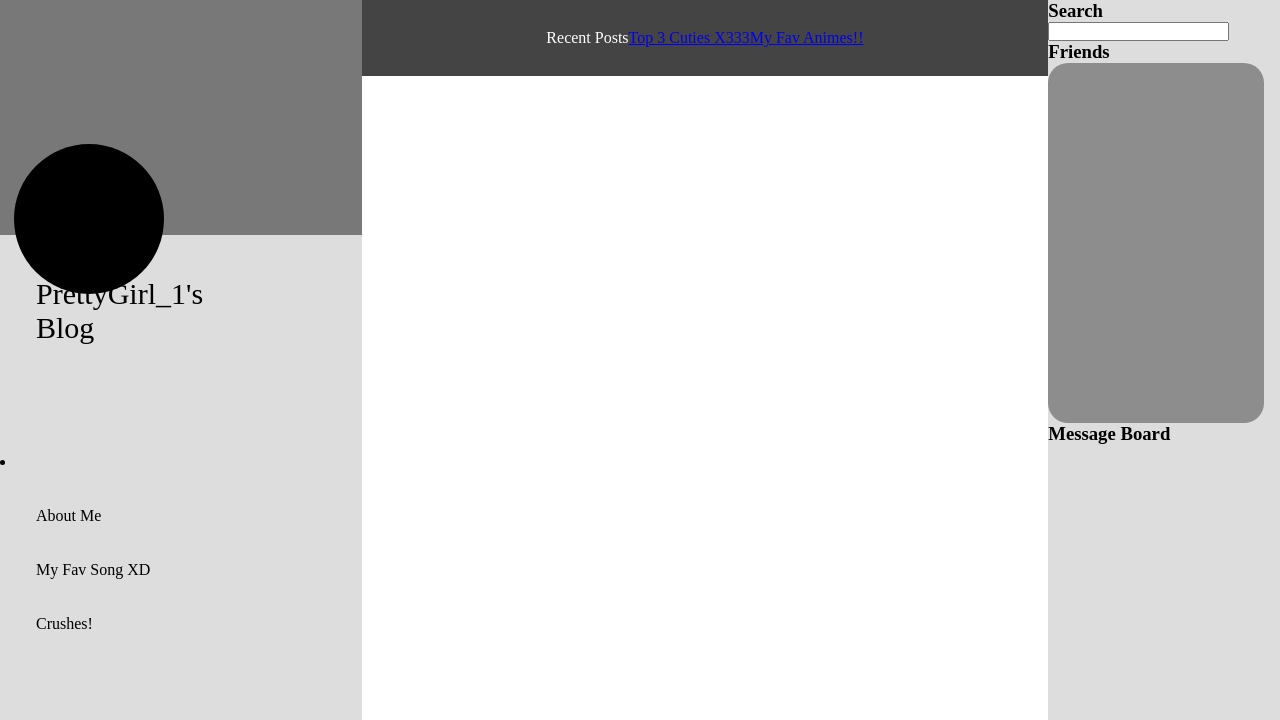
Repository: Jennica1/Frontend-Final
Page: index.html
An editor plug-in stored every save of this project. The page is shown before and after the next save, followed by the edit.
The browser window is 1280 px wide. The pictures show the whole page.

Above is the page before, as saved 2024-05-16 20:11:01.

### index.html
<!DOCTYPE html>
<html lang="en">

<head>
  <title>My Blog!!</title>
  <meta charset="UTF-8">
  <meta name="viewport" content="width=device-width, initial-scale=1">
  <link rel="stylesheet" href="style.css">
</head>

<body>
  <div class="content">

    <div class="flexbox">

      <div class="sidebar-wrapper">

        <!--Side Nav Left-->
        <div class="sidebar-left">
          <img src="images/Ellipse 1.svg" class="profile" width="150px" />
          <img src="images/Rectangle 2.svg" alt="background image" class="background-photo" />
          <p class="username">@ponyboy_lovr22</p>
          <p class="nickname">PrettyGirl_1's Blog</p>
          <li class="sidebar-list">
            <ul class="item">About Me</ul>
            <ul class="item">My Fav Song XD</ul>
            <ul class="item">Crushes!</ul>
          </li>
        </div>
      </div>
      <!-- recents -->
      <div class="">
      </div>

      <div class="main-content"> <!-- PUT ALL MAIN CONTENT BELOW THE HEADER -->
        <!-- Header -->
        <header class="header">
          <li class="content-list">
            <ul>Recent Posts</ul>
            <ul><a class="rating-link" href="topThree.html">Top 3 Cuties X333</a></ul>
            <ul><a class="anime-link" href="anime.html">My Fav Animes!!</a></ul>
          </li>
        </header>
      </div>

      <!-- Pagination
    <div class="">
      <div class="">
        <a href="#" class="">«</a>
        <a href="#" class="">1</a>
        <a href="#" class="">2</a>
        <a href="#" class="">3</a>
        <a href="#" class="">4</a>
        <a href="#" class="">»</a>
      </div>
    -->
      <!--Side Nav Right-->
      <div class="sidebar-right">
        <form>
          <h3>Search</h3>
          <input type="text">
        </form>
        <div class="friends-list">
          <h3>Friends</h3>
          <div class="friends-container">
            <div class="friend">

            </div>
          </div>
        </div>
        <div class="message-board">
          <h3>Message Board</h3>
          <div class="message-board-container">
            <div class="message">

            </div>
          </div>
        </div>
      </div>
    </div>


  </div>
  </div>
</body>

</html>

### style.css
* {
  margin: 0;
  padding: 0;
}

.content {
  display: flex;
  flex-direction: column;
}

.flexbox {
  display: flex;
  flex-direction: row;
  justify-content: space-between;
  gap: 0;
}

.sidebar-wrapper {
  display: flex;
  justify-content: center;
  height: 100vh;

}

.sidebar-left {
  position: relative;
  background-color: rgb(221, 221, 221);
  z-index: 0;
  padding-right: 9.1rem;
  width: 30vh;
}

.profile {
  z-index: 1;
  position: absolute;
  margin-top: 20vh;
  margin-left: 2vh;
}

.background-photo {
  position: absolute;
  top: 0;
  left: 0;
  width: 100%;

  object-fit: cover;

}

.background-container {
  width: 100%;
}

.username {
  margin-top: 30vh;
  margin-left: 20vh;
}

.nickname {
  font-size: 30px;
  margin-top: 6vh;
  margin-left: 5vh;
}

.sidebar-list {
  margin-top: 15vh;
}

.item {
  margin: 5vh;
}

.content-list {
  display: flex;
  margin: 4vh;
}


.sidebar-right {
  background-color: rgb(221, 221, 221);
  z-index: 0;
  width: 60vh;
}

.header {
  background-color: #444444;
  color: #ffffff;
  display: flex;
  justify-content: center;
}

.friends-list {
height: auto;
}

.friends-container {
  width: 30vh;
  height: 50vh;
  background-color: rgb(141, 141, 141);
  border-radius: 20px;
}
.main-content {
  width: 100%;
}

After the next save:
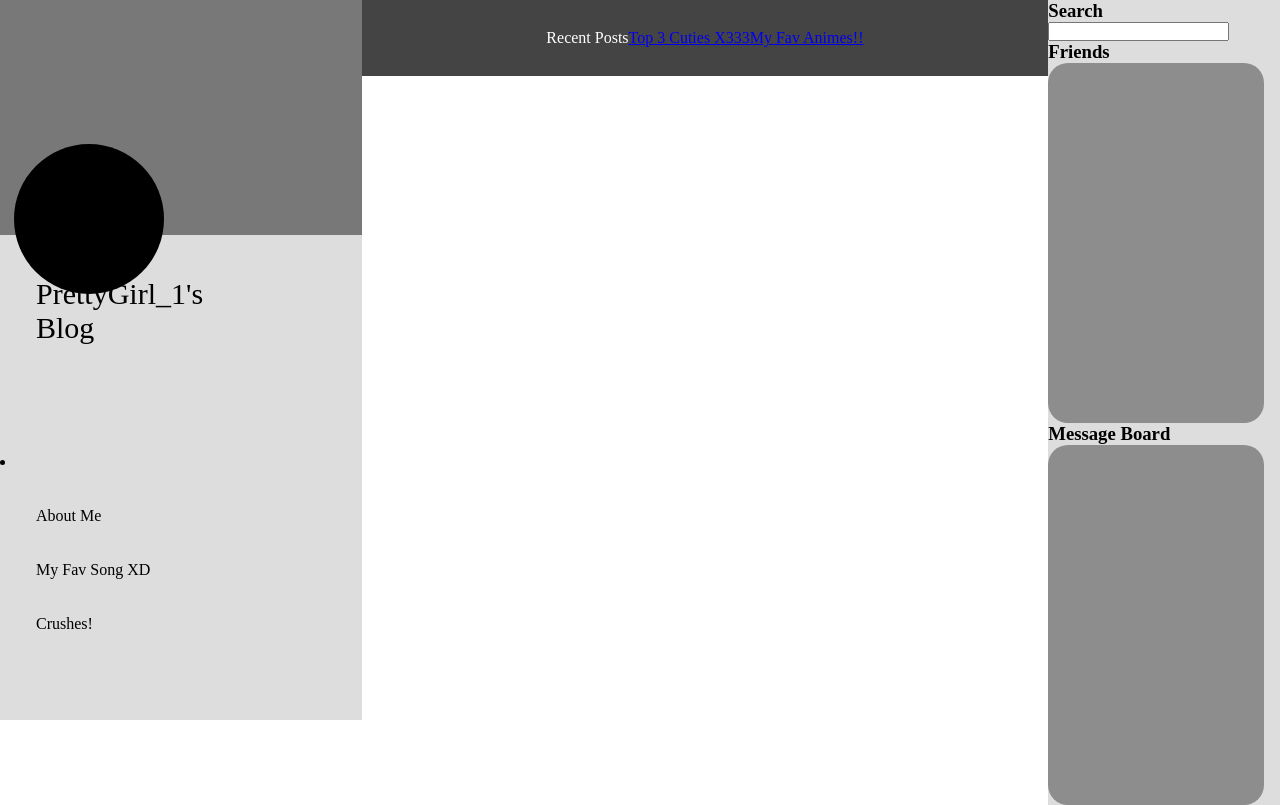
Saved 27 s later.
--- a/style.css
+++ b/style.css
@@ -99,6 +99,17 @@ height: auto;
   background-color: rgb(141, 141, 141);
   border-radius: 20px;
 }
+
+.message-board {
+
+}
+
+.message-board-container {
+  width: 30vh;
+  height: 50vh;
+  background-color: rgb(141, 141, 141);
+  border-radius: 20px;
+}
 .main-content {
   width: 100%;
 }
